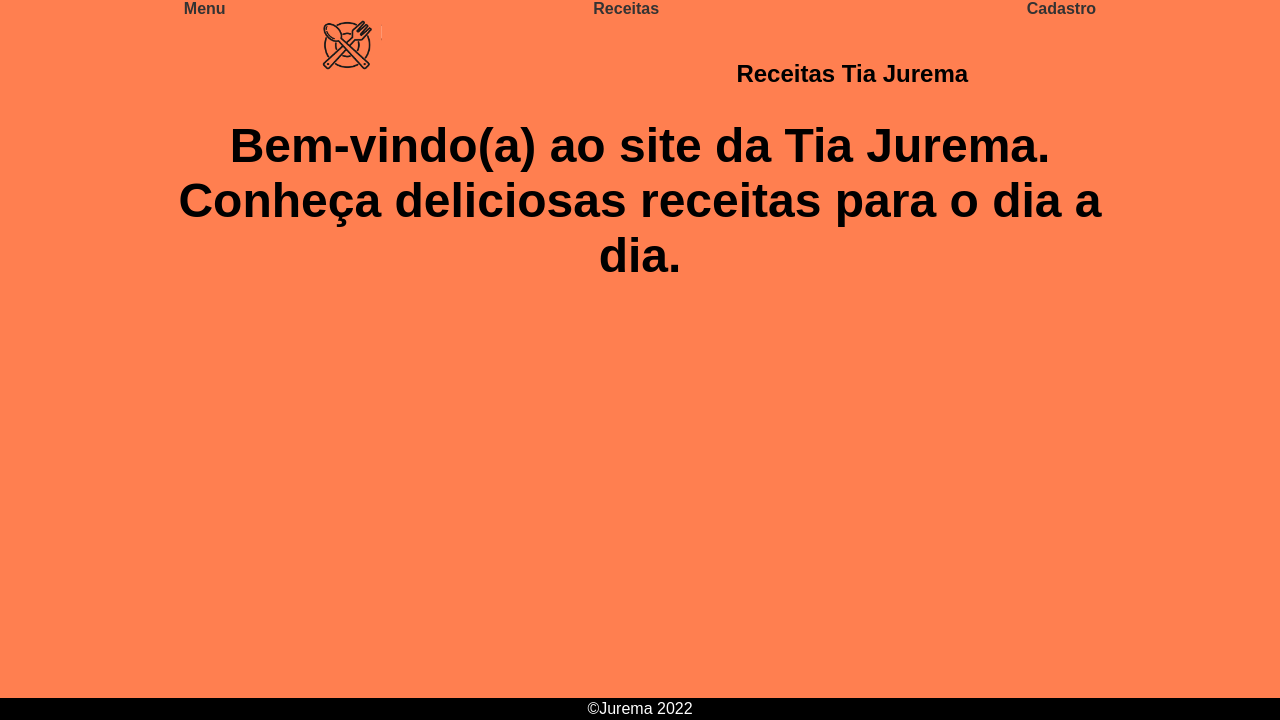
Repository: devropaes/RECEITAS
Page: OneDrive/Área de Trabalho/Estudos/Estácio/receitas/menu.html
The author's editor kept a copy of each file at every save. The page is drawn from the files as they stood at one save, then again after the next save.
The browser window is 1280 px wide. The pictures show the whole page.
Some web libraries are served in a nearby version.

Above is the page before, as saved 2024-03-12 15:18:53.

After the next save:
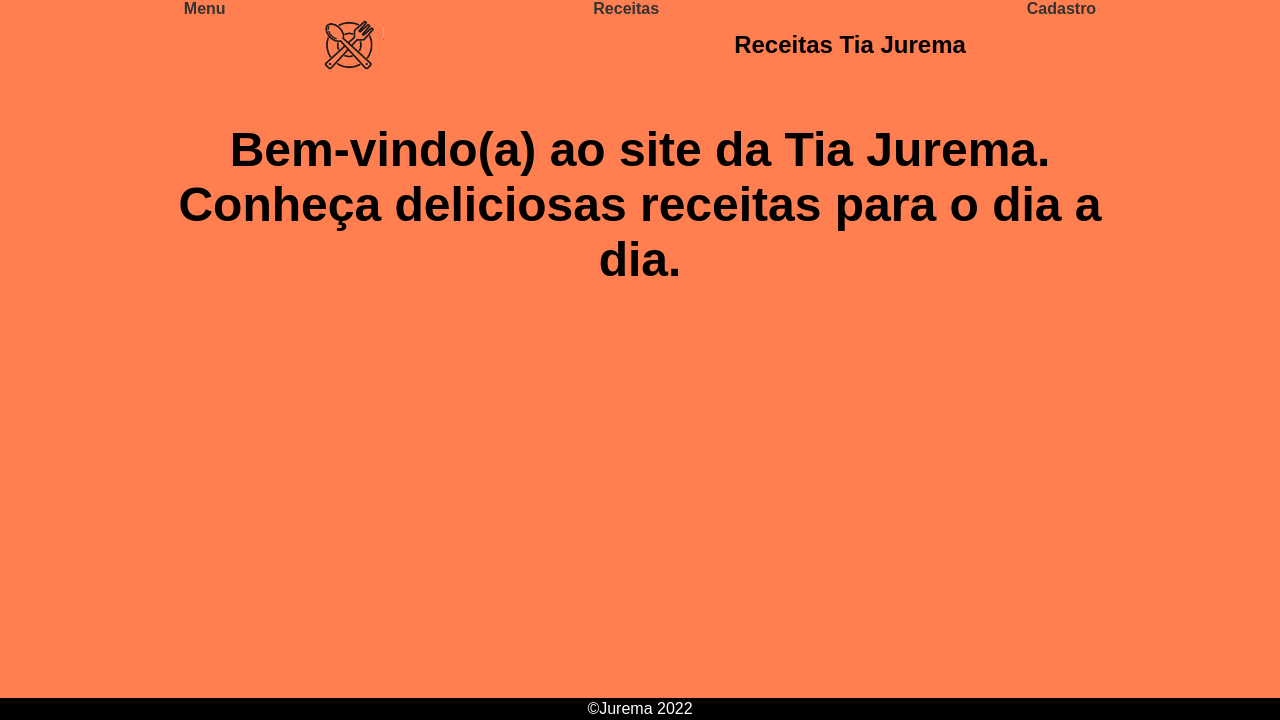
Saved 2 min 42 s later.
--- a/OneDrive/Área de Trabalho/Estudos/Estácio/receitas/menu.css
+++ b/OneDrive/Área de Trabalho/Estudos/Estácio/receitas/menu.css
@@ -47,6 +47,13 @@ body {
     justify-content: center;
     text-align: center;
 }
+.logo-container {
+    display: flex;
+    align-items: center;
+    margin-bottom: 10px;
+
+
+}
 
 .logo {
     width: 70px;
